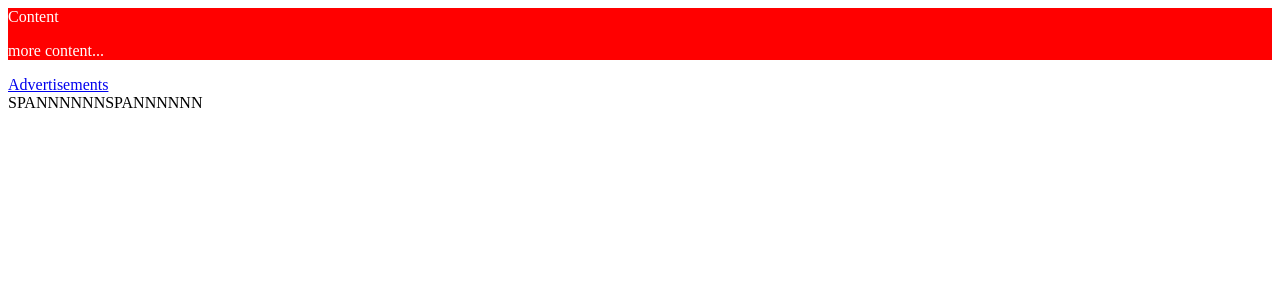
Repository: Peacepapi/1702Java
Page: web/src/main/webapp/divisions.html
The author's editor kept a copy of each file at every save. The page is drawn from the files as they stood at one save, then again after the next save.
The browser window is 1280 px wide. The pictures show the whole page.

Above is the page before, as saved 2017-02-24 18:34:40.

### web/src/main/webapp/divisions.html
<!DOCTYPE html>
<html>
<head>
<meta charset="ISO-8859-1">
<title>Slicing the DOM</title>
<style type="text/css">
#a{
	background-color: red;
	color: white;
}
#b{

}
</style>
</head>
<body>

<div id="a">Content
	<p>more content... </p>
</div><div id="b">
	<a href="http://www.google.com">Advertisements                                                </a>  </div>
<span>SPANNNNNN</span><span>SPANNNNNN</span>
</body>
</html>

After the next save:
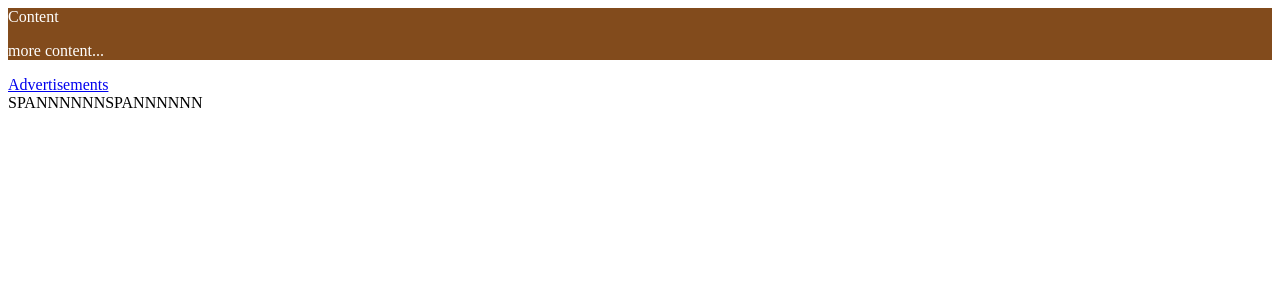
Saved 14 min 48 s later.
--- a/web/src/main/webapp/divisions.html
+++ b/web/src/main/webapp/divisions.html
@@ -5,7 +5,7 @@
 <title>Slicing the DOM</title>
 <style type="text/css">
 #a{
-	background-color: red;
+	background-color: #824b1c;
 	color: white;
 }
 #b{
